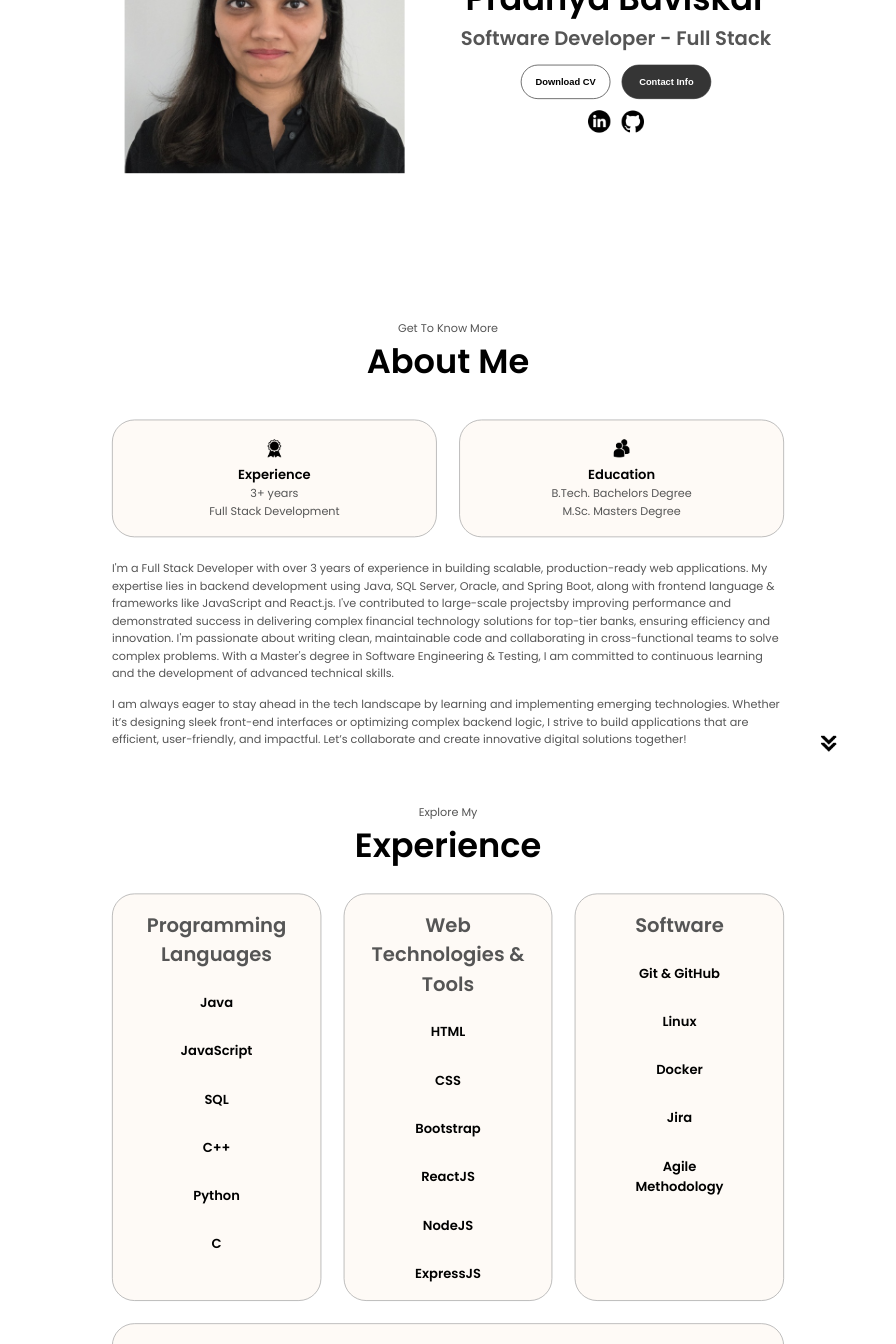
Repository: Pradnya-07/Portfolio-Pradnya
Page: index.html
An editor plug-in stored every save of this project. The page is shown before and after the next save, followed by the edit.
The browser window is 1280 px wide. The pictures show the part of the page from y = 388 to 2308 px (the page is 4473 px tall), at 70% of full size.

Above is the page before, as saved 2025-04-26 13:44:24.

### index.html
<!DOCTYPE html>
<html lang="en">
  <head>
    <meta charset="UTF-8" />
    <meta http-equiv="X-UA-Compatible" content="IE=edge" />
    <meta name="viewport" content="width=device-width, initial-scale=1.0" />
    <title>My Portfolio</title>
    <link rel="stylesheet" href="style.css" />
    <link rel="stylesheet" href="mediaqueries.css" />
  </head>
  <body>
    <nav id="desktop-nav">
      <div class="logo">Pradnya Baviskar</div>
      <div>
        <ul class="nav-links">
          <li><a href="#about">About</a></li>
          <li><a href="#experience">Experience</a></li>
          <li><a href="#projects">Projects</a></li>
          <li><a href="#contact">Contact</a></li>
        </ul>
      </div>
    </nav>
    <nav id="hamburger-nav">
      <div class="logo">Pradnya Baviskar</div>
      <div class="hamburger-menu">
        <div class="hamburger-icon" onclick="toggleMenu()">
          <span></span>
          <span></span>
          <span></span>
        </div>
        <div class="menu-links">
          <li><a href="#about" onclick="toggleMenu()">About</a></li>
          <li><a href="#experience" onclick="toggleMenu()">Experience</a></li>
          <li><a href="#projects" onclick="toggleMenu()">Projects</a></li>
          <li><a href="#contact" onclick="toggleMenu()">Contact</a></li>
        </div>
      </div>
    </nav>
    <section id="profile">
      <div class="section__pic-container">
        <img src="./assets/profile-pic.JPG" alt="Pradnya Baviskar profile picture" />
      </div>
      <div class="section__text">
        <p class="section__text__p2">Hello, I'm</p>
        <h1 class="title">Pradnya Baviskar</h1>
        <p class="section__text__p2">Software Developer - Full Stack</p>
        <div class="btn-container">
          <button
            class="btn btn-color-2"
            onclick="window.open('./assets/resume-example.pdf')"
          >
            Download CV
          </button>
          <button class="btn btn-color-1" onclick="location.href='#contact'">
            Contact Info
          </button>
        </div>
        <div id="socials-container">
          <img
            src="./assets/linkedin.png"
            alt="My LinkedIn profile"
            class="icon"
            onclick="location.href='https://linkedin.com/'"
          />
          <img
            src="./assets/github.png"
            alt="My Github profile"
            class="icon"
            onclick="location.href='https://github.com/'"
          />
        </div>
      </div>
    </section>
    <section id="about">
      <p class="section__text__p1">Get To Know More</p>
      <h1 class="title">About Me</h1>
      <div class="section-container">

        <div class="about-details-container">
          <div class="about-containers">
            <div class="details-container">
              <img
                src="./assets/experience.png"
                alt="Experience icon"
                class="icon"
              />
              <h3>Experience</h3>
              <p>3+ years <br />Full Stack Development</p>
            </div>
            <div class="details-container">
              <img
                src="./assets/education.png"
                alt="Education icon"
                class="icon"
              />
              <h3>Education</h3>
              <p>B.Tech. Bachelors Degree<br />M.Sc. Masters Degree</p>
            </div>
          </div>
          <div class="text-container">
            <p>
              I'm a Full Stack Developer with over 3 years of experience in building scalable, production-ready web applications.
              My expertise lies in backend development using Java, SQL Server, Oracle, and Spring Boot, along with frontend language & frameworks like JavaScript and React.js.
              I've contributed to large-scale projectsby improving performance and demonstrated success in delivering complex financial technology solutions for top-tier banks, ensuring efficiency and innovation.
              I'm passionate about writing clean, maintainable code and collaborating in cross-functional teams to solve complex problems.
              With a Master's degree in Software Engineering & Testing, I am committed to continuous learning and the development of advanced technical skills.

            </p>
            <p style=" margin-top: 2%;">
              I am always eager to stay ahead in the tech landscape by learning and implementing emerging technologies.
              Whether it’s designing sleek front-end interfaces or optimizing complex backend logic,
              I strive to build applications that are efficient, user-friendly, and impactful.
              Let’s collaborate and create innovative digital solutions together!
            </p>
          </div>
        </div>
      </div>
      <img
        src="./assets/arrow.png"
        alt="Arrow icon"
        class="icon arrow"
        onclick="location.href='#experience'"
      />
    </section>
    <section id="experience">
      <p class="section__text__p1">Explore My</p>
      <h1 class="title">Experience</h1>
      <div class="experience-details-container">
        <div class="about-containers">
          <div class="details-container">
            <h2 class="experience-sub-title">Programming Languages</h2>
            <div class="article-container">
              <article class="skills">

                <div>
                  <h3 class="skills">Java</h3>
                </div>
              </article>
              <article class="skills">

                <div>
                  <h3 class="skills">JavaScript</h3>

                </div>
              </article>
              <article class="skills">

                <div>
                  <h3 class="skills">SQL</h3>

                </div>
              </article>
              <article class="skills">

                <div>
                  <h3 class="skills">C++</h3>

                </div>
              </article>
              <article class="skills">

                <div>
                  <h3>Python</h3>
                </div>
              </article>
              <article class="skills">

                <div>
                  <h3 class="skills">C</h3>
                </div>
              </article>

            </div>
          </div>

          <div class="details-container">
            <h2 class="experience-sub-title">Web Technologies & Tools</h2>
            <div class="article-container">
              <article>

                <div>
                  <h3>HTML</h3>
                </div>
              </article>
              <article>

                <div>
                  <h3>CSS</h3>
                </div>
              </article>
              <article>

                <div>
                  <h3>Bootstrap</h3>
                </div>
              </article>
              <article>

                <div>
                  <h3>ReactJS</h3>
                </div>
              </article>
              <article>

                <div>
                  <h3>NodeJS</h3>
                </div>
              </article>
              <article>

                <div>
                  <h3>ExpressJS</h3>
                </div>
              </article>
            </div>
          </div>

          <div class="details-container">
            <h2 class="experience-sub-title">Software</h2>
            <div class="article-container">
              <article>

                <div>
                  <h3>Git & GitHub</h3>
                </div>
              </article>
              <article>

                <div>
                  <h3>Linux</h3>
                </div>
              </article>



              <article>

                <div>
                  <h3>Docker</h3>
                </div>
              </article>
              <article>

                <div>
                  <h3>Jira</h3>
                </div>
              </article>
              <article>

                <div>
                  <h3 class="skills">Agile Methodology</h3>
                </div>
              </article>
            </div>
          </div>

          <div class="details-container">
            <h2 class="experience-sub-title">Databases & Testing Tools</h2>
            <div class="article-container">
              <article>

                <div>
                  <h3>MySQL</h3>
                </div>
              </article>
              <article>

                <div>
                  <h3>Oracle</h3>
                </div>
              </article>
              <article>

                <div>
                  <h3>MongoDB</h3>
                </div>
              </article>
              <article>

                <div>
                  <h3>Postman</h3>
                </div>
              </article>
              <article>

                <div>
                  <h3>SoapUI</h3>
                </div>
              </article>

            </div>
          </div>


        </div>
      </div>
      <img
        src="./assets/arrow.png"
        alt="Arrow icon"
        class="icon arrow"
        onclick="location.href='#projects'"
      />
    </section>

    <section id="projects">
      <p class="section__text__p1">Browse My Recent</p>
      <h1 class="title">Projects</h1>
      <div class="experience-details-container">
        <div class="about-containers">
          <div class="details-container color-container">
            <div class="article-container">
              <img
                src="./assets/project1.png"
                alt="Project 1"
                class="project-img"
              />
            </div>
            <h2 class="experience-sub-title project-title">My Book Nest</h2>
            <div class="btn-container">
              <button
                class="btn btn-color-2 project-btn"
                onclick="location.href='https://github.com/Pradnya-07/Pradnya-s_Library'"
              >
                Github
              </button>
              <button
                class="btn btn-color-2 project-btn"
                onclick="location.href='https://pradnya-s-library.onrender.com'"
              >
                Live Demo
              </button>
            </div>
          </div>
          <div class="details-container color-container">
            <div class="article-container">
              <img
                src="./assets/scam.png"
                alt="Project 2"
                class="project-img"
              />
            </div>
            <h2 class="experience-sub-title project-title">Spam Email Detection</h2>
            <div class="btn-container">
              <button
                class="btn btn-color-2 project-btn"
                onclick="location.href='https://github.com/Pradnya-07/Spam_Email_Detection'"
              >
                Github
              </button>
              <button
                class="btn btn-color-2 project-btn"
                onclick="location.href='https://spam-email-detection-9in7.onrender.com'"
              >
                Live Demo
              </button>
            </div>
          </div>
          <div class="details-container color-container">
            <div class="article-container">
              <img
                src="./assets/forecast.png"
                alt="Project 3"
                class="project-img"
              />
            </div>
            <h2 class="experience-sub-title project-title">Weather Forecast</h2>
            <div class="btn-container">
              <button
                class="btn btn-color-2 project-btn"
                onclick="location.href='https://github.com/Pradnya-07/Weather-Dashboard'"
              >
                Github
              </button>
              <button
                class="btn btn-color-2 project-btn"
                onclick="location.href='https://pradnya-07.github.io/Weather-Dashboard/'"
              >
                Live Demo
              </button>
            </div>
          </div>
        </div>
      </div>
      <img
        src="./assets/arrow.png"
        alt="Arrow icon"
        class="icon arrow"
        onclick="location.href='#contact'"
      />
    </section>
    <section id="contact">


      <div class="contact-info-upper-container">
        <div class="contact-info-container">
          <img
            src="./assets/email.png"
            alt="Email icon"
            class="icon contact-icon email-icon"
          />
          <p><a href="mailto:pradnyabaviskar56p@gmail.com">pradnyabaviskar56p@gmail.com</a></p>
        </div>
        <div class="contact-info-container">
          <img
            src="./assets/linkedin.png"
            alt="LinkedIn icon"
            class="icon contact-icon"
          />
          <p><a href="https://www.linkedin.com">LinkedIn</a></p>
        </div>
      </div>
    </section>
    <footer>
      <nav>
        <div class="nav-links-container">
          <ul class="nav-links">
            <li><a href="#about">About</a></li>
            <li><a href="#experience">Experience</a></li>
            <li><a href="#projects">Projects</a></li>
            <li><a href="#contact">Contact</a></li>
          </ul>
        </div>
      </nav>
      <p>Copyright &#169; 2025 Pradnya Baviskar. All Rights Reserved.</p>
    </footer>
    <script src="script.js"></script>
  </body>
</html>

### style.css
/* GENERAL */

@import url("https://fonts.googleapis.com/css2?family=Poppins:wght@300;400;500;600&display=swap");

* {
  margin: 0;
  padding: 0;
}

body {
  font-family: "Poppins", sans-serif;
}

html {
  scroll-behavior: smooth;
}

p {
  color: rgb(85, 85, 85);
}

/* TRANSITION */

a,
.btn {
  transition: all 300ms ease;
}

/* DESKTOP NAV */

nav,
.nav-links {
  display: flex;
}

nav {
  justify-content: space-around;
  align-items: center;
  height: 17vh;
}

.nav-links {
  gap: 2rem;
  list-style: none;
  font-size: 1.5rem;
}

a {
  color: black;
  text-decoration: none;
  text-decoration-color: white;
}

a:hover {
  color: grey;
  text-decoration: underline;
  text-underline-offset: 1rem;
  text-decoration-color: rgb(181, 181, 181);
}

.logo {
  font-size: 2rem;
}

.logo:hover {
  cursor: default;
}

/* HAMBURGER MENU */

#hamburger-nav {
  display: none;
}

.hamburger-menu {
  position: relative;
  display: inline-block;
}

.hamburger-icon {
  display: flex;
  flex-direction: column;
  justify-content: space-between;
  height: 24px;
  width: 30px;
  cursor: pointer;
}

.hamburger-icon span {
  width: 100%;
  height: 2px;
  background-color: black;
  transition: all 0.3 ease-in-out;
}

.menu-links {
  position: absolute;
  top: 100%;
  right: 0;
  background-color: white;
  width: fit-content;
  max-height: 0;
  overflow: hidden;
  transition: all 0.3 ease-in-out;
}

.menu-links a {
  display: block;
  padding: 10px;
  text-align: center;
  font-size: 1.5rem;
  color: black;
  text-decoration: none;
  transition: all 0.3 ease-in-out;
}

.menu-links li {
  list-style: none;
}

.menu-links.open {
  max-height: 300px;
}

.hamburger-icon.open span:first-child {
  transform: rotate(45deg) translate(10px, 5px);
}

.hamburger-icon.open span:nth-child(2) {
  opacity: 0;
}

.hamburger-icon.open span:last-child {
  transform: rotate(-45deg) translate(10px, -5px);
}

.hamburger-icon span:first-child {
  transform: none;
}

.hamburger-icon span:first-child {
  opacity: 1;
}

.hamburger-icon span:first-child {
  transform: none;
}

/* SECTIONS */

section {
  padding-top: 4vh;
  height: 96vh;
  margin: 0 10rem;
  box-sizing: border-box;
  min-height: fit-content;
}

.section-container {
  display: flex;
}

.skills {
  text-align: center;

}

/* PROFILE SECTION */

#profile {
  display: flex;
  justify-content: center;
  gap: 5rem;
  height: 80vh;
}

.section__pic-container {
  display: flex;
  height: 400px;
  width: 400px;
  margin: auto 0;
}

.section__text {
  align-self: center;
  text-align: center;
}

.section__text p {
  font-weight: 600;
}

.section__text__p1 {
  text-align: center;
}

.section__text__p2 {
  font-size: 1.75rem;
  margin-bottom: 1rem;
}

.title {
  font-size: 3rem;
  text-align: center;
}

#socials-container {
  display: flex;
  justify-content: center;
  margin-top: 1rem;
  gap: 1rem;
}

/* ICONS */

.icon {
  cursor: pointer;
  height: 2rem;
}

/* BUTTONS */

.btn-container {
  display: flex;
  justify-content: center;
  gap: 1rem;
}

.btn {
  font-weight: 600;
  transition: all 300ms ease;
  padding: 1rem;
  width: 8rem;
  border-radius: 2rem;
}

.btn-color-1,
.btn-color-2 {
  border: rgb(53, 53, 53) 0.1rem solid;
}

.btn-color-1:hover,
.btn-color-2:hover {
  cursor: pointer;
}

.btn-color-1,
.btn-color-2:hover {
  background: rgb(53, 53, 53);
  color: white;
}

.btn-color-1:hover {
  background: rgb(0, 0, 0);
}

.btn-color-2 {
  background: none;
}

.btn-color-2:hover {
  border: rgb(255, 255, 255) 0.1rem solid;
}

.btn-container {
  gap: 1rem;
}

/* ABOUT SECTION */

#about {
  position: relative;
}

.about-containers {
  gap: 2rem;
  margin-bottom: 2rem;
  margin-top: 2rem;
}

.about-details-container {
  justify-content: center;
  flex-direction: column;
}

.about-containers,
.about-details-container {
  display: flex;
}

.about-pic {
  border-radius: 2rem;
}

.arrow {
  position: absolute;
  right: -5rem;
  bottom: 2.5rem;
}

.details-container {
  padding: 1.5rem;
  flex: 1;
  background: rgb(232 188 130 / 7%);
  border-radius: 2rem;
  border: rgb(53, 53, 53) 0.1rem solid;
  border-color: rgb(163, 163, 163);
  text-align: center;
}

.section-container {
  gap: 4rem;
  height: 80%;
}

.section__pic-container {
  height: 400px;
  width: 400px;
  margin: auto 0;
}

/* EXPERIENCE SECTION */

#experience {
  position: relative;
}

.experience-sub-title {
  color: rgb(85, 85, 85);
  font-weight: 600;
  font-size: 1.75rem;
  margin-bottom: 2rem;
}

.experience-details-container {
  display: flex;
  justify-content: center;
  flex-direction: column;
}

.article-container {
  display: flex;
  text-align: initial;
  flex-wrap: wrap;
  flex-direction: row;
  gap: 2.5rem;
  justify-content: space-around;
}

article {
  display: flex;
  width: 10rem;
  justify-content: space-around;
  gap: 0.5rem;
}

article .icon {
  cursor: default;
}

/* PROJECTS SECTION */

#projects {
  position: relative;
  margin-top: 10%;
}

.color-container {
  border-color: rgb(163, 163, 163);
  background: rgb(232 188 130 / 7%);
}

.project-img {
  border-radius: 2rem;
  width: 90%;
  height: 90%;
}

.project-title {
  margin: 1rem;
  color: black;
}

.project-btn {
  color: black;
  border-color: rgb(163, 163, 163);
}

/* CONTACT */

#contact {
  display: flex;
  justify-content: center;
  flex-direction: column;
  height: 70vh;
}

.contact-info-upper-container {
  display: flex;
  justify-content: center;
  border-radius: 2rem;
  border: rgb(53, 53, 53) 0.1rem solid;
  border-color: rgb(163, 163, 163);
  background: (250, 250, 250);
  margin: 2rem auto;
  padding: 0.5rem;
  background-color: rgb(232 188 130 / 7%);
}

.contact-info-container {
  display: flex;
  align-items: center;
  justify-content: center;
  gap: 0.5rem;
  margin: 1rem;
}

.contact-info-container p {
  font-size: larger;
}

.contact-icon {
  cursor: default;
}

.email-icon {
  height: 2.5rem;
}

/* FOOTER SECTION */

footer {
  height: 26vh;
  margin: 0 1rem;
}

footer p {
  text-align: center;
}

### mediaqueries.css
@media screen and (max-width: 1400px) {
  #profile {
    height: 83vh;
    margin-bottom: 6rem;
  }
  .about-containers {
    flex-wrap: wrap;
  }
  #contact,
  #projects {
    height: fit-content;
  }
}

@media screen and (max-width: 1200px) {
  #desktop-nav {
    display: none;
  }
  #hamburger-nav {
    display: flex;
  }
  #experience,
  .experience-details-container {
    margin-top: 2rem;
  }
  #profile,
  .section-container {
    display: block;
  }
  .arrow {
    display: none;
  }
  section,
  .section-container {
    height: fit-content;
  }
  section {
    margin: 0 5%;
  }
  .section__pic-container {
    width: 275px;
    height: 275px;
    margin: 0 auto 2rem;
  }
  .about-containers {
    margin-top: 0;
  }
}

@media screen and (max-width: 600px) {
  #contact,
  footer {
    height: 40vh;
  }
  #profile {
    height: 83vh;
    margin-bottom: 0;
  }
  article {
    font-size: 1rem;
  }
  footer nav {
    height: fit-content;
    margin-bottom: 2rem;
  }
  .about-containers,
  .contact-info-upper-container,
  .btn-container {
    flex-wrap: wrap;
  }
  .contact-info-container {
    margin: 0;
  }
  .contact-info-container p,
  .nav-links li a {
    font-size: 1rem;
  }
  .experience-sub-title {
    font-size: 1.25rem;
  }
  .logo {
    font-size: 1.5rem;
  }
  .nav-links {
    flex-direction: column;
    gap: 0.5rem;
    text-align: center;
  }
  .section__pic-container {
    width: auto;
    height: 46vw;
    justify-content: center;
  }
  .section__text__p2 {
    font-size: 1.25rem;
  }
  .title {
    font-size: 2rem;
  }
  .text-container {
    text-align: justify;
  }
}

Loaded but not shown: script.js (common file)

After the next save:
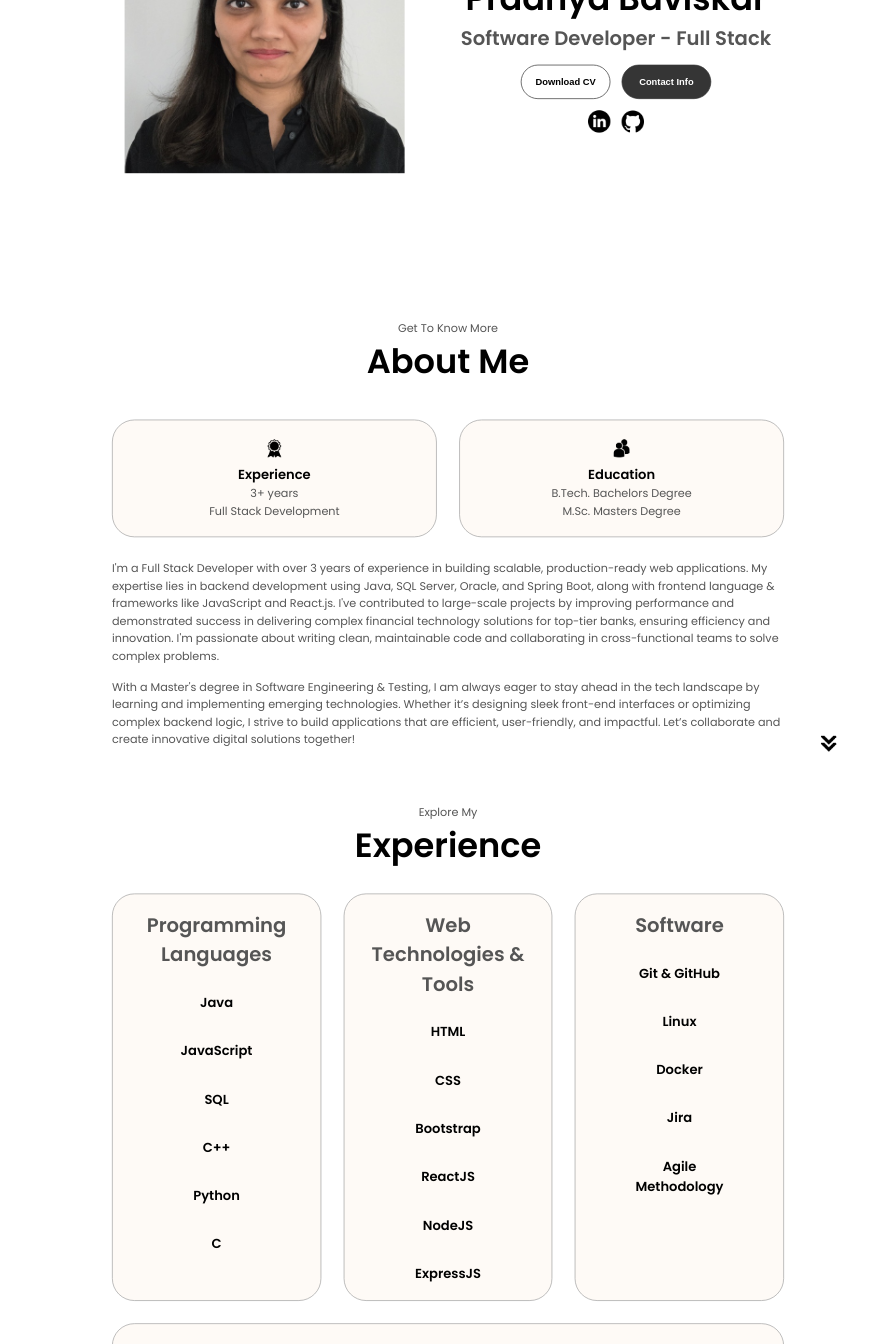
Saved 3 min 57 s later.
--- a/index.html
+++ b/index.html
@@ -101,13 +101,13 @@
             <p>
               I'm a Full Stack Developer with over 3 years of experience in building scalable, production-ready web applications.
               My expertise lies in backend development using Java, SQL Server, Oracle, and Spring Boot, along with frontend language & frameworks like JavaScript and React.js.
-              I've contributed to large-scale projectsby improving performance and demonstrated success in delivering complex financial technology solutions for top-tier banks, ensuring efficiency and innovation.
+              I've contributed to large-scale projects by improving performance and demonstrated success in delivering complex financial technology solutions for top-tier banks, ensuring efficiency and innovation.
               I'm passionate about writing clean, maintainable code and collaborating in cross-functional teams to solve complex problems.
-              With a Master's degree in Software Engineering & Testing, I am committed to continuous learning and the development of advanced technical skills.
 
             </p>
             <p style=" margin-top: 2%;">
-              I am always eager to stay ahead in the tech landscape by learning and implementing emerging technologies.
+              With a Master's degree in Software Engineering & Testing, I am always eager to stay ahead in the tech landscape by learning and
+              implementing emerging technologies.
               Whether it’s designing sleek front-end interfaces or optimizing complex backend logic,
               I strive to build applications that are efficient, user-friendly, and impactful.
               Let’s collaborate and create innovative digital solutions together!
